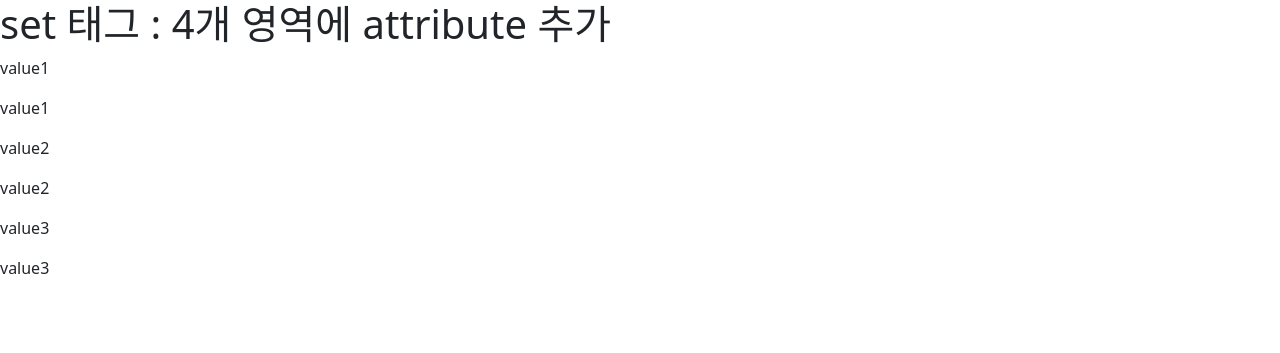
Repository: JJinBBangg/JSP
Page: http://localhost/jsp/ch12/lecture/04set/01set.jsp
An editor plug-in stored every save of this project. The page is shown before and after the next save, followed by the edit.
The browser window is 1280 px wide. The pictures show the whole page.
The page is served by Tomcat 9.

Above is the page before, as saved 2023-04-06 00:20:21.

After the next save:
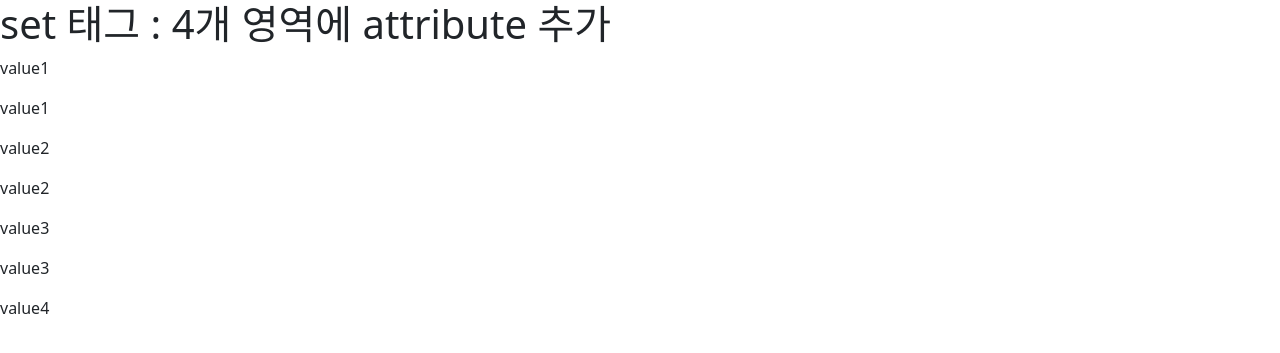
Saved 51 s later.
--- a/jsp/src/main/webapp/ch12/lecture/04set/01set.jsp
+++ b/jsp/src/main/webapp/ch12/lecture/04set/01set.jsp
@@ -15,6 +15,7 @@
 	<c:set var="attr1" value="value1" scope="page"/>
 	<c:set var="attr2" value="value2" scope="request"/>
 	<c:set var="attr3" value="value3" scope="session"/>
+	<c:set var="attr4" value="value4" scope="application"/>
 
 	<p>${attr1}</p>
 	<p>${pageScope.attr1}</p>
@@ -25,6 +26,8 @@
 	<p>${attr3}</p>
 	<p>${sessionScope.attr3}</p>
 
+	<p>${attr4}</p>
+	<p>${applicationScope.attr3}</p>
 
 
 	<script src="https://cdn.jsdelivr.net/npm/bootstrap@5.3.0-alpha3/dist/js/bootstrap.bundle.min.js" integrity="sha384-ENjdO4Dr2bkBIFxQpeoTz1HIcje39Wm4jDKdf19U8gI4ddQ3GYNS7NTKfAdVQSZe" crossorigin="anonymous"></script>
